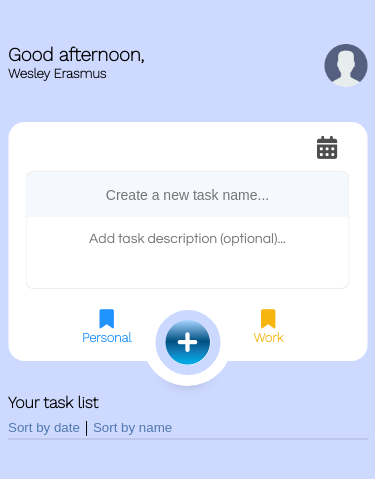
Repository: WesleyErasmus/Todo-App
Page: todoApp.html
The author's editor kept a copy of each file at every save. The page is drawn from the files as they stood at one save, then again after a run of saves.
The browser window is 375 px wide. The pictures show the whole page.
Some web libraries are served in a nearby version.

Above is the page before, as saved 2022-06-25 12:01:29.

### todoApp.html
<!DOCTYPE html>
<html lang="en">

<head>
    <meta charset="UTF-8">
    <meta http-equiv="X-UA-Compatible" content="IE=edge">
    <meta name="viewport" content="width=device-width, initial-scale=1.0">
    <title>Todo App</title>
    <script src="https://kit.fontawesome.com/81ea498f91.js" crossorigin="anonymous"></script>
    <link rel="stylesheet" href="/source/css/todoApp.css">
    <script src="/source/script/todoApp.js" defer></script>
</head>

<body>
    <!-- App wrapper -->
    <main class="app-wrapper">
        <!-- App header -->
        <header>
            <!-- Greeting and Name -->
            <div class="app-heading">
                <h3>Good afternoon, </h3>
                <h5>Wesley Erasmus</h5>
            </div>
            <!-- Profile picture -->
            <div id="profile-picture">
                <img src="/images/user.png" alt="" style="width: 43px;">
            </div>
        </header>

        <!-- Categories section -->
        <section>
            <form id="task-list-form">
                <div class="create-submit">
                    <span class="error-validation-message">Please enter a task title</span>
                    <!-- Task title input -->
                    <input type="text" name="title" id="title" placeholder="Create a new task name..." />
                    <!-- task description textarea -->
                    <textarea name="description" id="description" cols="30" rows="3" placeholder="Add task description (optional)..."></textarea>
                    <!-- Due date calendar icon -->
                    <span class="datePicker-toggle">
                        <span class="datePicker-toggle-button"></span>
                        <input type="date" name="date" class="datePicker-input">
                        <i class="fa-solid fa-calendar-days"></i>
                    </span>
                    <!-- Calendar tooltip message -->
                    <span class="calendar-tooltip">Add a due date</span>

                    <!-- task submit button -->
                    <button id="add-task-btn" type="submit" value="create-new-task">
                        <!-- add task button -->
                        <i class="fa-solid fa-circle-plus"></i>
                    </button>
                    <div class="circle"></div>
                </div>

                <!-- Categories -->
                <div class="category-selectors">
                    <!-- Personal category -->
                    <label class="personal-category-btn">
                        <input type="radio" name="category" value="Personal" class="personal-category"
                            id="personal-category" checked />
                        <i class="fa-solid fa-bookmark"></i>
                        <h4 class="category-h4">Personal</h4>
                    </label>
                    <!-- Work category -->
                    <label class="work-category-btn">
                        <input type="radio" name="category" value="Work" class="work-category" id="work-category" />
                        <i class="fa-solid fa-bookmark"></i>
                        <h4 class="category-h4">Work</h4>
                    </label>
                </div>
                <!-- End of categories div -->
                </div>
            </form>
        </section>

        <!-- Task list is created here, new tasks are outputted below -->
        <section class="todo-list-output">
            <div id="list-header">
                <div>Your task list</div>
            </div>
            <!-- SEARCH BAR AND FILTER SECTION -->
            <div id="search-filter-section">
                <!-- SEARCH BAR -->
                <!-- <form id="search-bar">
                <input type="text"
                id="search-bar"
                placeholder="Search for task...">
                <button type="submit"><i class="fa fa-search"
                id="search-submit-btn"></i></button>
                </form> -->
                <!-- filter dropdown  ***WORK IN PROGRESS*** -->
                <button id="sort-by-date" value="date" onclick="dateSort()">Sort by date</button>
                <p>|</p>
                <button id="sort-by-name" value="name" onclick="nameSort()">Sort by name</button>
            </div>
            <!-- Actual task list output -->
            <div class="task-list" id="task-list">

            </div>
            <!-- End of task list -->
        </section>
    </main> <!-- End of App wrapper -->

</body>

</html>

### source/css/todoApp.css
/* GOOGLE FONT IMPORT */
@import url("https://fonts.googleapis.com/css2?family=Questrial&family=Work+Sans:wght@200&display=swap");

/* MEDIA QUERIES */
/* Mobile screen */
/* @media only screen and (max-width: 400px) {} */
/* Tablet screen */
/* @media only screen and (min-width: 768px) {} */
/* Desktop screen */
/* @media only screen and (min-width: 992px) {} */



/* Imported Font families: */
/* font-family: "Work Sans", sans-serif; */
/* font-family: "Questrial", sans-serif; */

/* >>>>>>>>>>>>>>>>UPDATES CSS ROOT VARIABLES<<<<<<<<<<<<<<< */
/* *** CSS VARIABLES *** */
:root {
  --light-background: #fff;
  --work: #f6b50f;
  --personal: #2093ff;
  /* --placeholder-text: #aeaeaec7; */
  --grey: #a9a9a9;
  --dark-grey: #4d4d4d;

  /* GRADIENT COLORS */
  --primary-gradient: -webkit-linear-gradient(
    top,
    #a7d4ff 0%,
    #005081 47%,
    #147bb6 70%,
    #00abe5 94%,
    #02a8e4 100%
  );
  --background: rgb(206, 217, 255);
  --background-color: radial-gradient(
    circle,
    rgba(206, 217, 255, 1) 0%,
    rgba(195, 207, 251, 1) 50%,
    rgba(235, 238, 249, 1) 100%
  );

  --delete: radial-gradient(
    circle,
    rgb(255, 9, 9) 26%,
    rgba(255, 88, 88, 1) 58%,
    rgb(255, 0, 0) 61%,
    rgba(255, 67, 67, 1) 68%
  );

  /* BOX-SHADOW */
  --box-shadow: rgba(0, 0, 0, 0.05) 0px 6px 24px 0px,
    rgba(0, 0, 0, 0.08) 0px 0px 0px 1px;
  /* TEXT-SHADOW */
  --text-shadows: rgba(0, 0, 0, 0.24) 0px 3px 8px;
}
/* END OF CSS VARIABLES */

/* UNIVERSAL SELECTOR STYLING */
* {
  box-sizing: border-box;
  margin: 0;
  padding: 0;
  list-style: none;
}
/* END OF UNIVERSAL SELECTOR STYLING */

/* RADIO AND CHECKBOX INPUT STYLING */
/* Below removes input and checkbox default styling */
input:not([type="radio"]):not([type="checkbox"]),
button {
  appearance: none;
  border: none;
  outline: none;
  cursor: initial;
  background: none;
}
/* Removes the radio selector */
input[type="radio"] {
  display: none;
}
/* END OF RADIO AND CHECKBOX INPUT STYLING */

/* Removes textarea resize styling */
textarea {
  resize: none;
}

/* UNIVERSAL PLACEHOLDER TEXT STYLING */
::placeholder {
  /* >>>>>>>>>>>Style placeholder text here<<<<<<< */
}

/* UNIVERSAL BUTTON STYLING */
button {
  appearance: none;
  border: none;
  outline: none;
  background: none;
  cursor: initial;
  cursor: pointer;
}

body {
  font-family: "Questrial", sans-serif;
}
/* APP WRAPPER/CONTAINER STYLING */
main {
  position: absolute;
  left: 50%;
  margin-right: -50%;
  transform: translate(-50%);
  background: var(--background);
  background-image: var(--background-color);
  border-radius: 2rem;
  padding: 2rem 2rem 0.5rem 2rem;
  flex: 1 1 0%;
  align-items: center;
  justify-content: center;
  max-width: 550px;
  width: 100%;
  height: auto;
  margin-top: 20px;
}
/* END OF APP WRAPPER/CONTAINER STYLING */

/* Styling for section HTML tags */
section {
  margin-top: 1rem;
  margin-bottom: 2rem;
}

/* Makes mouse cursor change to pointer when hovering over all labels */
label {
  cursor: pointer;
}

/* HEADER STYLING (Greeting, name, and profile image) */
header {
  display: flex;
  justify-content: space-between;
  padding: 1rem 0rem 1rem 0rem;
  border-radius: 1rem;
}

.app-heading {
    font-family: "Work Sans", sans-serif;
}
/* END OF HEADER STYLING */

/* TASK USER INPUTS STYLING */
#task-list-form {
  background-color: var(--light-background);
  border-radius: 1rem;
  padding-top: 1.65rem;
  margin: 0;
}

/* ADD DUE DATE CALENDAR STYLING */
/* Calendar icon positioning */
.datePicker-toggle {
  display: inline-block;
  position: absolute;
  right: 30px;
  top: -20px;
}
/* Removes default date input styling */
.datePicker-input {
  position: absolute;
  left: 0;
  top: 0;
  width: 100%;
  height: 100%;
  opacity: 0;
  cursor: pointer;
  box-sizing: border-box;
}
/* Calendar Tooltip hover styling */
.datePicker-toggle:hover {
  opacity: 0.85;
}
/* Calendar click */
.datePicker-toggle:active {
  transform: translateY(1px);
}
/* Hover over calendar to make tooltip visible */
/* >>>>>>>>>>>>>>>>MAKE AND I information circle icon next to calendar<<<<<<< */
.datePicker-toggle:hover + .calendar-tooltip {
  visibility: visible;
  opacity: 1;
}
.datePicker-input::-webkit-calendar-picker-indicator {
  position: absolute;
  left: 0;
  top: 0;
  width: 100%;
  height: 100%;
  margin: 0;
  padding: 0;
  cursor: pointer;
}
/*Calendar Tooltip styling */
.calendar-tooltip {
  visibility: hidden;
  position: absolute;
  width: 140px;
  height: 30px;
  right: 35px;
  top: -60px;
  font-size: 0.85rem;
  background-color: #f7f9ff;
  color: var(--dark-grey);
  text-align: center;
  padding: 8px 0;
  border-radius: 7px;
  z-index: 1;
  box-shadow: var(--box-shadow);
  /* Tooltip fade effect */
  opacity: 0;
  transition: opacity 0.5s;
}
/* Tooltip styling - adds tooltip arrow */
.calendar-tooltip::after {
  content: "";
  position: absolute;
  top: 100%;
  left: 85%;
  margin-left: -5px;
  border-width: 5px;
  border-style: solid;
  border-color: #d6e0ff transparent transparent transparent;
}
/* Calendar tooltip font styling */
.task-due-date {
  font-size: 0.85rem;
  color: var(--grey);
}
/* END OF DUE DATE CALENDAR STYLING */

/* Container for input fields and the task submit button */
.create-submit {
  position: relative;
  display: flex;
  flex-direction: column;
  justify-content: center;
  align-items: center;
  text-align: center;
  margin-top: 0.5rem;
}
/* Title and description input field */
#title {
  background: rgb(246, 248, 255);
  display: block;
  width: 90%;
  font-size: 14px;
  text-align: center;
  border: 0.1px solid #ececec;
  border-top-left-radius: 0.5rem;
  border-top-right-radius: 0.5rem;
  border-bottom: none;
  padding: 0.9rem 0rem 0.9rem 0rem;
  margin-top: 15px;
}
/* TASK TITLE ERROR MESSAGE IF TITLE IS BLACK / FORM VALIDATION */
/* Error message tooltip styling */
.error-validation-message {
  visibility: hidden;
  position: absolute;
  width: 250px;
  height: 40px;
  right: 180px;
  top: -40px;
  font-size: 0.85rem;
  background-color: #f7f9ff;
  color: var(--dark-grey);
  text-align: center;
  padding: 13px 0;
  border-radius: 7px;
  z-index: 1;
  box-shadow: var(--box-shadow);
  transition: all 1s;
  /* Tooltip fade effect */
  -webkit-animation: fadeinout 8s linear forwards;
  animation: fadeinout 8s linear forwards;
}
/* Keyframes for error message fade out */
@keyframes fadeinout {
  100% { opacity: 0; }
  75% { opacity: 1; }
  50% { opacity: 1; }
  0% { opacity: 1; }
  }
@-webkit-keyframes fadeinout {
100% { opacity: 0; }
75% { opacity: 1; }
50% { opacity: 1; }
0% { opacity: 1; }
}
/*Error message tooltip arrow styling */
.error-validation-message::after {
  content: "";
  position: absolute;
  top: 100%;
  left: 65%;
  margin-left: -5px;
  border-width: 8px;
  border-style: solid;
  border-color: #d6e0ff transparent transparent transparent;
}
/* END OF ERROR MESSAGE STYLING */
#description {
  /* background-color: #ececec4e; */
  text-align: center;
  font-family: "Questrial", sans-serif;
  display: block;
  width: 90%;
  font-size: 14px;
  padding: 0.9rem;
  appearance: none;
  border: 0.1px solid #ececec;
  border-bottom-left-radius: 0.5rem;
  border-bottom-right-radius: 0.5rem;
  border-top: none;
  outline: none;
  cursor: initial;
}

/* Hover */
#title:hover,
#description:hover {
  border-radius: 0.5rem;
  /* background-color: #ececec4e; */
  background-color: #ececec4e;
  /* background: rgb(246, 248, 255); */
  width: 90%;
}
/* Add new task submit button */
#add-task-btn {
  z-index: 10;
  position: absolute;
  display: block;
  margin: 0 auto;
  bottom: -86px;
  color: #ffffff;
  background: var(--primary-gradient);
  -webkit-background-clip: text;
  -webkit-text-fill-color: transparent;
  border: 10px solid #cbd8ff;
  border-radius: 9999px;
  transition: all 0s;
}
/* Hover */
#add-task-btn:hover {
  opacity: 0.75;
  transform: translateY(-1px);
}
/* Click */
#add-task-btn:active {
  transform: translateY(1px);
}
/* Div circle container behind the task submit button */
.circle {
  z-index: -1;
  position: absolute;
  bottom: -142px;
  left: 50%;
  margin-right: -50%;
  transform: translate(-50%, -50%);
  width: 90px;
  height: 90px;
  background-color: var(--light-background);
  border-bottom-left-radius: 100px;
  border-bottom-right-radius: 100px;
  border: none;
  box-shadow: rgba(0, 0, 0, 0.45) 0px 20px 15px -25px;
}
/* Task submit button sizing */
.fa-circle-plus {
  font-size: 45px;
}
/* END OF TODO INPUTS AND SUBMIT BTN STYLING */

/* STYLING FOR CATEGORY BUTTONS, PERSONAL AND WORK */
.category-selectors {
  width: 90%;
  display: flex;
  margin: 0 auto;
  justify-content: center;
  align-items: center;
  border-bottom-left-radius: 1rem;
  border-bottom-right-radius: 1rem;
}
/* Category labels */
.category-selectors label {
  display: flex;
  flex-direction: column;
  justify-content: center;
  align-items: center;
  background-color: var(--light-background);
  padding: 0.75rem 2rem;
  border-radius: 0.5rem;
}
.category-h4 {
  font-family: "Work Sans", sans-serif;
}
/* Label in task-items */
.task-item-label {
  height: 30px;
}

/* Color for personal category button */
.personal-category-btn {
  color: var(--personal);
  border-bottom-left-radius: 1rem;
}
/* Color for work category button */
.work-category-btn {
  color: var(--work);
  border-bottom-right-radius: 1rem;
}
/* Category button styling */
.work-category-btn,
.personal-category-btn {
  font-size: 0.8em;
  width: 100%;
  height: 70px;
  border: none;
  outline: none;
  margin-top: 2px;
  transition: all 0s;
}
/* Click styling */
label.work-category-btn:active {
  transform: translateY(0.5px);
  background-color: #f6b50f3a;
  border-bottom-left-radius: 1rem;
  border-bottom-right-radius: 1rem;
}
/* Click styling */
label.personal-category-btn:active {
  transform: translateY(0.5px);
  background-color: #2093ff2b;
  border-bottom-left-radius: 1rem;
  border-bottom-right-radius: 1rem;
}
/* Hover styling */
.work-category-btn:hover,
.personal-category-btn:hover {
  opacity: 0.75;
  transform: translateY(-1px);
  background-color: #ececec4e;
}
/*END OF STYLING FOR CATEGORY BUTTONS */

/* HEADER FOR TASK LIST */
#list-header {
  font-family: "Work Sans", sans-serif;
  width: 80%;
  display: flex;
  justify-content: space-between;
  margin-bottom: 0;
  font-weight: bold;
  margin-bottom: 0.5rem;
}
/* END HEADER FOR TASK LIST */

/* CONTAINER FOR SEARCH BAR AND SEARCH BUTTONS */
#search-filter-section {
  display: flex;
  margin-bottom: 3px;
}
/* Sort buttons */
#sort-by-date,
#sort-by-name {
  color: #5179b0;
}
/* Hover */
#sort-by-date:hover,
#sort-by-name:hover {
  opacity: 0.75;
  text-decoration: underline;
}
/* Sort buttons margin styling */
#sort-by-date {
  margin-right: 5px;
}
#sort-by-name {
  margin-left: 5px;
}
/* END OF SORT BUTTONS */
/* END OF STYLING FOR SORT BUTTON */

/* >>>>>>>>>>>>REMOVE THIS?<<<<<<<<<<<<<<<<<<<< */
/* SEARCH BAR STYLING */
#search-bar {
  position: relative;
  display: flex;
  justify-content: center;
  align-items: center;
  width: 47%;
}
/* Search bar input field */
#search-bar input {
  display: block;
  width: 100%;
  font-size: 0.9rem;
  padding: 0.5rem 1.5rem;
  padding-right: 0rem;
  background-color: var(--light-background);
  border-radius: 0.5rem;
  margin-bottom: 1rem;
  box-shadow: var(--box-shadow);
}
/* Search submit button */
#search-submit-btn {
  position: absolute;
  display: block;
  right: 0rem;
  top: 0;
  background-color: var(--light-background);
  border-top-left-radius: 0.5rem;
  border-bottom-left-radius: 0.5rem;
  border-top-right-radius: 0.5rem;
  border-bottom-right-radius: 0.5rem;
  padding: 0.53rem;
  color: var(--grey);
}
/*END OF SEARCH BAR STYLING */

/* END OF CONTAINER FOR SEARCH BAR AND SEARCH BUTTONS */

/* TASK LIST WHERE NEW TASKS ARE DISPLAYED */
#task-list {
  border-radius: 1rem;
  background-color: var(--light-background);
  box-shadow: var(--box-shadow);
}
/* Task item styling (styling for each created task*/
#task-list .task-item {
  display: flex;
  justify-content: space-between;
  padding: 1.2rem 1.5rem;
  margin-bottom: 0rem;
  border-bottom: 0.01px solid rgba(229, 225, 225, 0.919);
}
/* Hover */
div.task-item:hover {
  border-radius: 0.5rem;
  background-color: #ececec4e !important;
}
/* Task title font sizing */
input.task-title {
  color: #141823;
  /* color: #5179b0; */
  font-weight: 540;
  font-size: 15px;
  width: 100%;
  margin-bottom: 5px;
}
/* Strike-through for completed tasks ***NOT WORKING ON TASK DESCRIPTION*** */
.task-item.completed .task-content input {
  text-decoration: line-through;
  color: var(--grey);
}
/* Task description styling */
div.task-description {
  display: none;
  max-height: 150px;
  /* >>>>>>>>>> STYLE SCROLL BAR <<<<<<<<<<<< */
  overflow: auto;
  font-size: 14px;
  padding: 6px 3px 5px;
  border-radius: 7px;
  color: #373D3F;
  line-height: 1.1;

}
/*Task content container styling which contains:
Task title, Task description, Show description button */
.task-content {
  width: 100%;
  margin-left: 20px;
}
/* Task item flex display */
.task-content .task-item {
  flex: 1 1 0%;
}
/* Task item styling */
.task-content .task-item .text {
  color: var(--dark-grey);
  width: 100%;
  display: block;
  transition: 0.4s;
}
/* END OF TASK LIST STYLING */

/* EDIT & DELETE BUTTON STYLING */
.edit,
.delete {
  position: relative;
  right: -10px;
  top: -7px;
  transition: all 0.1s;
  cursor: pointer;
  font-size: 0.8rem;
}
/* Edit & delete button container */
.edit-delete {
  display: flex;
  height: 30px;
  flex-direction: row;
  justify-content: flex-start;
}
/* Hover */
.edit:hover,
.delete:hover {
  opacity: 0.75;
}
/* Click */
.edit:active,
.delete:active,
.fa-floppy-disk:active {
  transform: translateY(1px);
}
/* END OF EDIT & DELETE BUTTON STYLING */

/* TASK DESCRIPTION SHOW / HIDE STYLING */
/* Show/hide button styling */
.show-hide-description {
  margin-bottom: 5px;
  font-size: 0.8rem;
  position: relative;
  color: #5179b0;
}
/* Hover */
.show-hide-description:hover {
  opacity: 0.75;
  text-decoration: underline;
}
/* Click */
.show-hide-description:active {
  color: var(--dark-grey);
}
/* END OF TASK DESCRIPTION BUTTON STYLING */

/* FONT-AWESOME ICON STYLING */
/* EDIT BUTTON STYLING */
.fa-pencil {
  font-size: 1.1rem;
  margin: 5px;
  background: rgb(100,134,255);
  background: linear-gradient(90deg, rgb(38, 85, 255) 21%, rgb(75, 114, 255) 39%, rgb(107, 137, 255) 62%, rgb(35, 83, 255) 86%);
  -webkit-background-clip: text;
  -webkit-text-fill-color: transparent;
}
/* DELETE BUTTON STYLING */
.fa-trash {
  font-size: 1.1rem;
  margin: 5px;
  background: var(--delete);
  -webkit-background-clip: text;
  -webkit-text-fill-color: transparent;
}
/* SAVE BUTTON STYLING */
.fa-floppy-disk {
  font-size: 1.1rem;
  margin: 5px;
  background: var(--primary-gradient);
  -webkit-background-clip: text;
  -webkit-text-fill-color: transparent;
}
/* Category bookmark styling (icon color is styled in .personal-category-btn & .work-category-btn) */
.fa-bookmark {
  font-size: 1.2rem;
  margin-top: 3px;
}
/* Calendar icon */
.fa-calendar-days {
  font-size: 23px;
  color: var(--dark-grey);
}
/* END OF FONT-AWESOME BUTTON STYLING */

/* Mobile screen display */
@media only screen and (max-width: 400px) {

  body {
    background: var(--background);
    background-image: var(--background-color);
  }

  main {
    background-image: none;
    background: none;
    border-radius: none;
    padding: 0.5rem;
    flex: 1 1 0%;
    align-items: center;
    justify-content: center;
    width: 100%;
    height: auto;
    margin-top: 20px;
  }
}

### source/script/todoApp.js
window.addEventListener("load", () => {
  // tasks is set as a global variable making it accessible to other functions.
  tasks = JSON.parse(localStorage.getItem("tasks")) || [];
  // Used || [] to push new tasks to an empty array

  // Declaring to-do-list form where task gets created from user input
  const tasksForm = document.querySelector("#task-list-form");

  tasksForm.addEventListener("submit", (e) => {
    // Used to prevent form from refreshing after submit
    e.preventDefault();

    // const task targets the following elements:
    // the name ="title" value. HTML id="title" input field
    // the name ="description" value. HTML id="description" input field
    // the name ="category" value. HTML labels within the class="category-selectors" radio inputs
    const task = {
      title: e.target.elements.title.value,
      description: e.target.elements.description.value,
      category: e.target.elements.category.value,
      date: e.target.elements.date.value,
      // completed: false will set tasks to unchecked / incomplete when tasks are created
      completed: false,
      // createdAt key creates a date and time stamp for each task
      createdAt: new Date().getTime(),
    };

     // Task title form validation and styling
     if( title.value === "" ) {
      document.querySelector(".error-validation-message").style.visibility="visible";
      document.querySelector("#title").style.border ="1px solid #a9a9a9";
      document.querySelector("#title").style.borderRadius ="0.7rem"
      return false;
   } else {
      document.querySelector(".error-validation-message").style.visibility="hidden";
      document.querySelector("#title").style.border ="none";
   }

    // adds new tasks to the "tasks" array in localStorage
    tasks.unshift(task);

    // sets "tasks" to a string (primitive value - string or number) before adding it to the tasks array in localStorage
    localStorage.setItem("tasks", JSON.stringify(tasks));

    // Resets the Tasks form to clear the task input field and the category radio buttons after the task submit button is clicked.
    e.target.reset();

    printTasksToDOM();
  });

  printTasksToDOM();
});


function printTasksToDOM() {
  const taskList = document.querySelector("#task-list");
  // Below clears each element after creating a tasks
  taskList.innerHTML = "";

  // Using a forEach to loop through each taskItem in the tasks array
  // targeting parameter "task" as a callback function
  tasks.forEach((task) => {

    // <div class="task-item">
    const taskItem = document.createElement("div");
    taskItem.classList.add("task-item");

    // label used to append task input field and category field to task items
    const taskLabel = document.createElement("label");
    // <input type="checkbox" />
    const taskInput = document.createElement("input");
    // <input id="personal-category"> || <input id="work-category">
    const taskCategory = document.createElement("div");
    // <div class="task-content">
    const taskContent = document.createElement("div");
    // <div class="edit-delete">
    const editDeleteContainer = document.createElement("div");
    // < class="edit">
    const editButton = document.createElement("button");
    // <div class="delete">
    const deleteButton = document.createElement("button");
    // <button class="show-hide-description">
    const showDescription = document.createElement("button");
    // <p class="task-description">
    const taskDescription = document.createElement("div");
    const dueDate = document.createElement("div");

    taskInput.type = "checkbox";
    taskInput.checked = task.completed;

    // If statement to delegate task categories
    if (task.category == "Personal") {
      taskCategory.classList.add("personal");
      taskCategory.style.color = "var(--personal)";
    } else {
      taskCategory.classList.add("work");
      taskCategory.style.color = "var(--work)";
    }

    // Adding classes to created HTML elements
    taskLabel.classList.add("task-item-label")
    taskContent.classList.add("task-content");
    editDeleteContainer.classList.add("edit-delete");
    editButton.classList.add("edit");
    deleteButton.classList.add("delete");
    showDescription.classList.add("show-hide-description");
    taskDescription.classList.add("task-description");
    dueDate.classList.add("task-due-date");

    // Adding content to created HTML elements
    deleteButton.innerHTML = `<i class="fa-solid fa-trash"></i>`;
    editButton.innerHTML = `<i class="fa-solid fa-pencil"></i>`;
    taskCategory.innerHTML = `<i class="fa-solid fa-bookmark"></i>`;
    taskContent.innerHTML = `<input type="text" class="task-title" value="${task.title}" readonly>`;
    taskDescription.innerHTML = `${task.description}`;

    showDescription.innerHTML = "Read description";
    dueDate.innerHTML = `${task.date}`;

    // Child elements nested within task-item div
    taskItem.appendChild(taskLabel);
    taskItem.appendChild(taskContent);
    taskItem.appendChild(editDeleteContainer);
    // Child elements nested within the task label
    taskLabel.appendChild(taskInput);
    taskLabel.appendChild(taskCategory);
    // Nesting task-description in task-content
    taskContent.appendChild(taskDescription);
    taskContent.appendChild(showDescription);
    taskContent.appendChild(dueDate);
    // Edit, Delete, show description buttons nested in edit-delete container
    editDeleteContainer.appendChild(editButton);
    editDeleteContainer.appendChild(deleteButton);

    // Below code appends each task item to the task-list class
    taskList.appendChild(taskItem);

    // This if statement adds a HTML class of "completed". Completed tasks are then styled with text-decoration of line-through
    if (task.completed) {
      taskItem.classList.add("completed");
    }

    // Prevents undefined or null due dates from appearing in tasks
    if (dueDate.innerHTML === "") {
      dueDate.innerHTML = "";
    } else {
      dueDate.innerHTML = "Date due: " + "</br>" + `${task.date}`;
    }

    // Below are event listeners linked to the following actions:
    // * Task check box (which gets check after task is completed)
    // * Edit button
    // * Delete button
    // * Show task description button

    // This is a change eventListener to change task from unchecked to checked
    taskInput.addEventListener("change", (e) => {
      task.completed = e.target.checked;
      // storing checked / unchecked status of tasks to JSON localStorage
      localStorage.setItem("tasks", JSON.stringify(tasks));

      if (task.completed) {
        taskItem.classList.add("completed");
      } else {
        taskItem.classList.remove("completed");
      }
      printTasksToDOM();
    });

    // Edit button click event listener
    editButton.addEventListener("click", (e) => {
      //changes the edit icon to a save icon when clicked
      editButton.innerHTML = `<i class="fa-solid fa-floppy-disk"></i>`;
      // targets the task title input field
      const taskInput = taskContent.querySelector("input");
      // removes the readonly attribute allowing text to be edited
      taskInput.removeAttribute("readonly");
      // focus() shows that the text is now editable
      taskInput.focus();
      // Changes text color when readonly has been removed
      taskInput.style.color = "#5179b0";
      // addeventlistener 'blur' will stop editing when clicking outside of input field
      taskInput.addEventListener("blur", (e) => {
        taskInput.setAttribute("readonly", true);
        task.title = e.target.value;
        localStorage.setItem("tasks", JSON.stringify(tasks));
        printTasksToDOM();
      });
    });

    // SHOW & HIDE TASK DESCRIPTION

    //Won't display "read description button if there is no description"
    if (taskDescription.innerHTML === "") {
      showDescription.innerHTML = "";
    }
    // If statement to show and hide task description
    showDescription.addEventListener("click", (e) => {
      if (taskDescription.style.display === "block") {
        // shrink content
        showDescription.innerHTML = "Read description";
        taskDescription.style.display = "none";
      } else {
        // expand content
        taskDescription.style.display = "block";
        showDescription.innerHTML = "Hide description";
      }
    });

    // Event listener set to delete task on click
    deleteButton.addEventListener("click", (e) => {
      // using filter method to remove task.
      tasks = tasks.filter((i) => i != task);
      localStorage.setItem("tasks", JSON.stringify(tasks));
      printTasksToDOM();
    });


    // SORT BY ALPHABET & DATE ***WORK IN PROGRESS***
    // Sort alphabetically

  });

}
// Sort by date function using onclick
function dateSort() {
  const sortedByDate = tasks.sort((a, b) => a.createdAt - b.createdAt)
  console.log(sortedByDate);
  document.getElementById("task-list").innerHTML = sortedByDate;
}

// *** SORTING METHODS ***
// const sortedTasks = task.sort((a, b) => b.date - a.date)
// Slice protects the original array
// const sortedTasks = task.slice().sort((a, b) => b.date - a.date)
// tasks.sort(function(a, b) {
//   let dateA = new Date(a.date), dateB = new Date(b.date)
//   return dateA - dateB
// });
// console.log(tasks)

// tasks.sort((a,b) => new Date(b.date) - new Date(a.date));

// tasks.sort((a,b)=>a.getTime()-b.getTime());

After the next 2 saves:
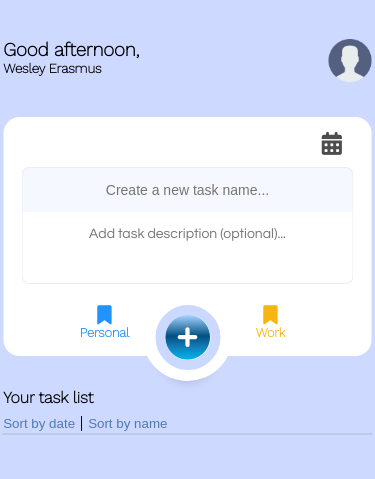
The 2 saves are shown as one change because they came seconds apart.
The last was saved 7 s later.
--- a/source/css/todoApp.css
+++ b/source/css/todoApp.css
@@ -695,7 +695,7 @@ Task title, Task description, Show description button */
     background-image: none;
     background: none;
     border-radius: none;
-    padding: 0.5rem;
+    padding: 0.2rem;
     flex: 1 1 0%;
     align-items: center;
     justify-content: center;
